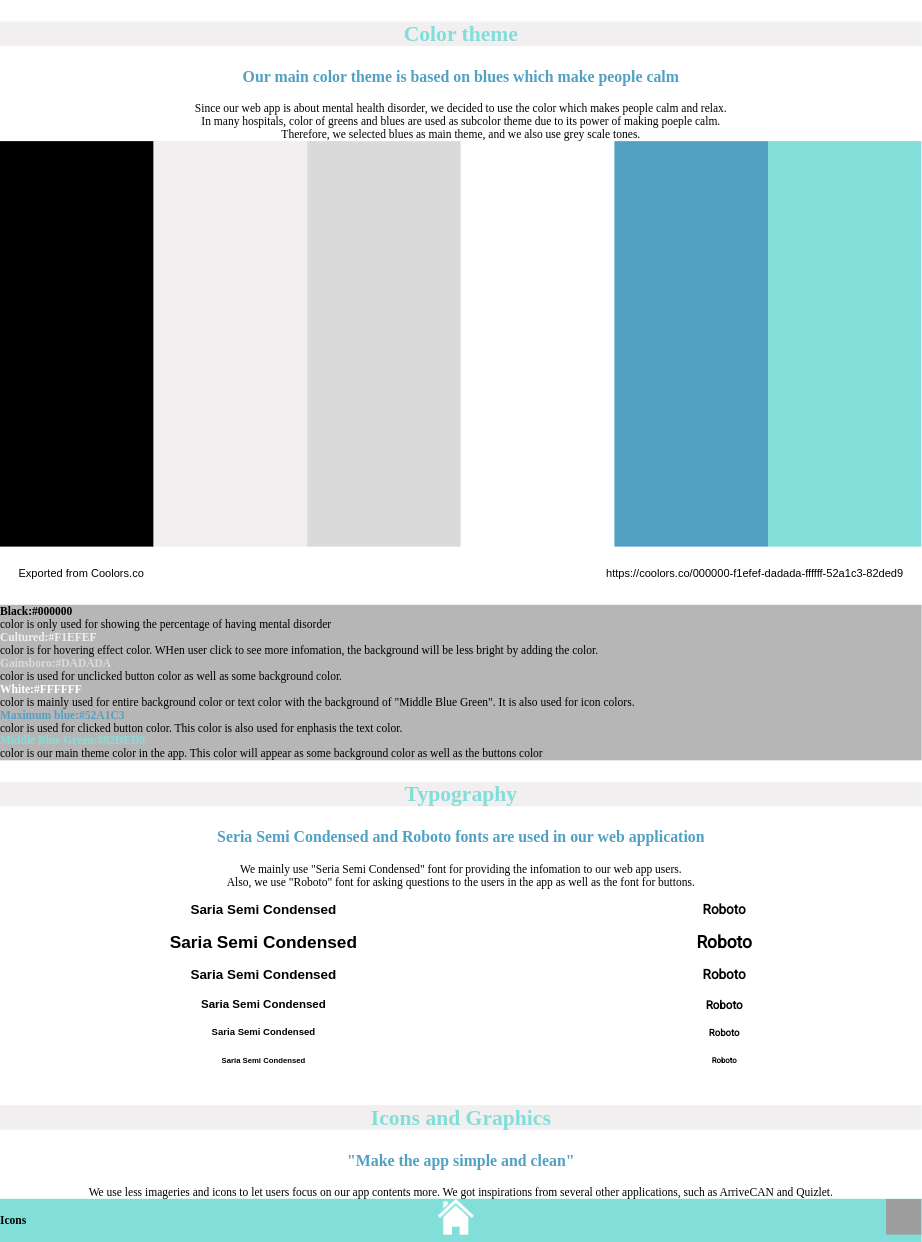
Repository: zzs1/style-guide
Page: style guide/Chisaki_styleGuide_part2/index.html
The author's editor kept a copy of each file at every save. The page is drawn from the files as they stood at one save, then again after a run of saves.
The browser window is 1280 px wide. The pictures show the whole page, at 72% of full size.
Pictures or frames that could not be fetched are drawn as grey boxes. Some web fonts or font styles are not loaded; a fallback is used.

Above is the page before, as saved 2021-03-21 20:55:30.

### style guide/Chisaki_styleGuide_part2/index.html
<!DOCTYPE html>
<html lang="en">
<head>
  <meta charset="UTF-8">
  <meta name="viewport" content="width=device-width, initial-scale=1.0">
  <title>Style guide - Colour Palette & Typography, Imagery, Graphics -</title>
  <link href ="style.css" rel="stylesheet" />
  <link href="https://fonts.googleapis.com/css2?family=Saira+Semi+Condensed:wght@500&display=swap" rel="stylesheet">
  <link href="https://fonts.googleapis.com/css2?family=Roboto&display=swap" rel="stylesheet">
</head>
<body>
  <div id="main">
    <article>
      <!--Color theme section starts-->
      <section>
        <h1 class="title">Color theme</h1>
        <h3 class="subtitle">Our main color theme is based on blues which make people calm</h3>
        <p>
          Since our web app is about mental health disorder, we decided to use the color which makes people calm and relax.<br>
          In many hospitals, color of greens and blues are used as subcolor theme due to its power of making poeple calm.<br>
          Therefore, we selected blues as main theme, and we also use grey scale tones.
        </p>
        <div id="colorbox">
          <img src="palette.svg" alt="color pallette">
          <p style="background-color: rgb(183, 182, 182); text-align: left; display: flex; flex-direction: column;">
            <strong style="color:#000000;">Black:#000000</strong> color is only used for showing the percentage of having mental disorder<br>
            <strong style="color:#F1EFEF;">Cultured:#F1EFEF</strong> color is for hovering effect color. WHen user click to see more infomation, the background will be less bright by adding the color.<br>
            <strong style="color:#DADADA;">Gainsboro:#DADADA</strong> color is used for unclicked button color as well as some background color.<br>
            <strong style="color:#FFFFFF;">White:#FFFFFF</strong> color is mainly used for entire background color or text color with the background of "Middle Blue Green". It is also used for icon colors.<br>
            <strong style="color:#52A1C3;">Maximum blue:#52A1C3</strong> color is used for clicked button color. This color is also used for enphasis the text color.<br>
            <strong style="color:#82DED9;">Middle Blue Green:#82DED9</strong> color is our main theme color in the app. This color will appear as some background color as well as the buttons color<br>
          </p>
        </div>
      </section>

      <!--typography section starts-->
      <section id="typo">
        <h1 class="title">Typography</h1>
        <h3 class="subtitle">
          Seria Semi Condensed and Roboto fonts are used in our web application
        </h3>
        <p>
          We mainly use "Seria Semi Condensed" font for providing the infomation to our web app users.<br>
          Also, we use "Roboto" font for asking questions to the users in the app as well as the font for buttons.<br>
        </p>
        <div id="typobox">
          <div id="saria">
            <h1>Saria Semi Condensed</h1>
            <h2>Saria Semi Condensed</h2>
            <h3>Saria Semi Condensed</h3>
            <h4>Saria Semi Condensed</h4>
            <h5>Saria Semi Condensed</h5>
            <h6>Saria Semi Condensed</h6>
          </div>
          <div id="roboto">
            <h1>Roboto</h1>
            <h2>Roboto</h2>
            <h3>Roboto</h3>
            <h4>Roboto</h4>
            <h5>Roboto</h5>
            <h6>Roboto</h6>
          </div>
      </div>
      </section>

      <!--icon section starts-->
      <section>
        <h1 class="title">Icons and Graphics</h1>
        <h3 class="subtitle">
          "Make the app simple and clean"
        </h3>
        <p>
          We use less imageries and icons to let users focus on our app contents more. We got inspirations from several other applications, such as ArriveCAN and Quizlet.
        </p>
        <div id="iconbox">
          <h4>Icons</h4>
          <img src="home_white.png" alt="home icon" width="50px" height="50px" />
          <img src="back.svg" alt="back home arrow" width="50px" height="50px" />
        </div>
        <div id="graphicbox">

        </div>
      </section>
  </article>
  </div>
</body>
</html>

### style guide/Chisaki_styleGuide_part2/style.css
body, html{
  margin:0;
  text-align:center;
}
p{
  margin:0;
}
.title{
  font-size:30px;
  color:#82DED9;
  background-color: #F1EFEF;
}
.subtitle{
  font-size:22px;
  color:#52A1C3;
}

#typobox{
  display:flex;

}
#saria {
  font-family: 'Saira Semi Condensed', sans-serif;
  flex-grow: 1;

}
#roboto {
  font-family: 'Roboto', sans-serif;
  flex-grow: 1;
}
#iconbox {
  display:flex;
  justify-content: space-between;
  background-color: #82DED9;
}

After the next 2 saves:
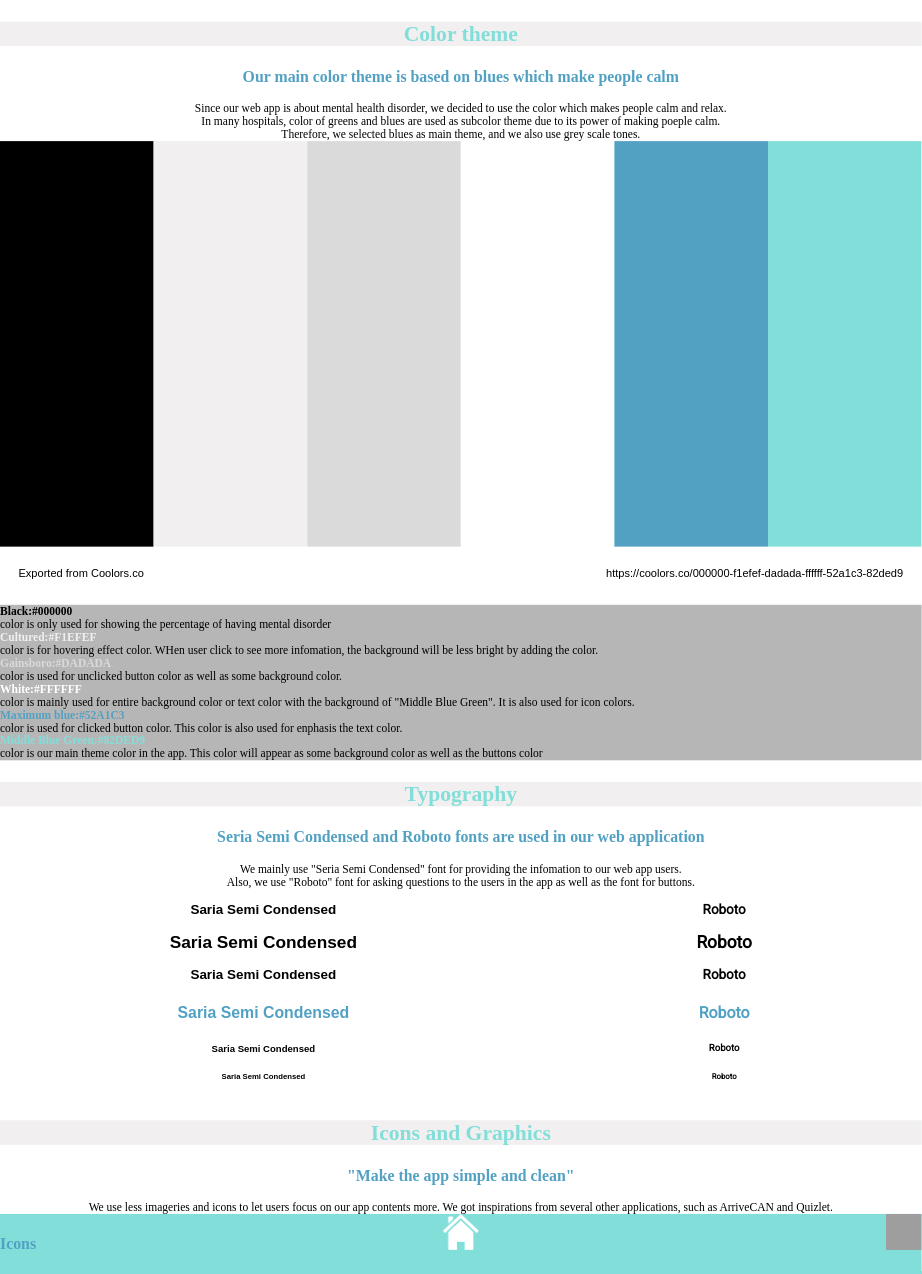
The 2 saves are shown as one change because they came seconds apart.
The last was saved 16 s later.
--- a/style guide/Chisaki_styleGuide_part2/style.css
+++ b/style guide/Chisaki_styleGuide_part2/style.css
@@ -10,7 +10,7 @@ p{
   color:#82DED9;
   background-color: #F1EFEF;
 }
-.subtitle{
+.subtitle, h4{
   font-size:22px;
   color:#52A1C3;
 }
